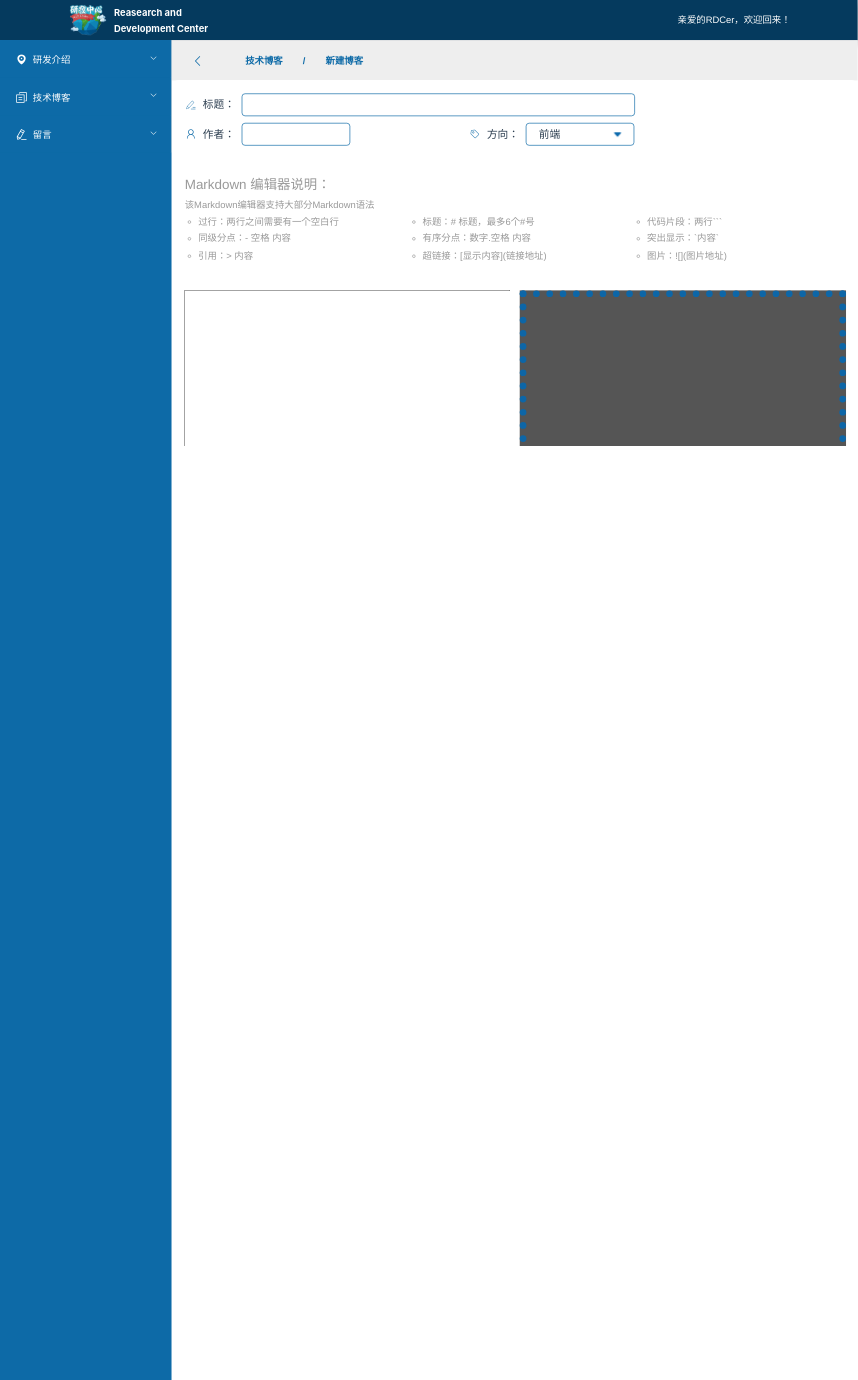
Repository: roger-hub/RDC-front-program
Page: /createblog
The author's editor kept a copy of each file at every save. The page is drawn from the files as they stood at one save, then again after the next save.
The browser window is 1280 px wide. The pictures show the whole page, at 67% of full size.
An inner scrolling area shows only its first screen. The project was rebuilt for these pictures with package versions that can differ from the ones it lists, and the page was loaded fresh each time. Also part of the build but not shown: vue.config.js, src/views/Home.vue, src/views/Login.vue, src/components/UnMessage.vue, src/views/CheckMessage.vue, src/components/PushComment.vue, src/components/ReplyArea.vue, src/components/EachMessage.vue and 1 more.

Above is the page before, as saved 2020-08-21 20:41:46.

After the next save:
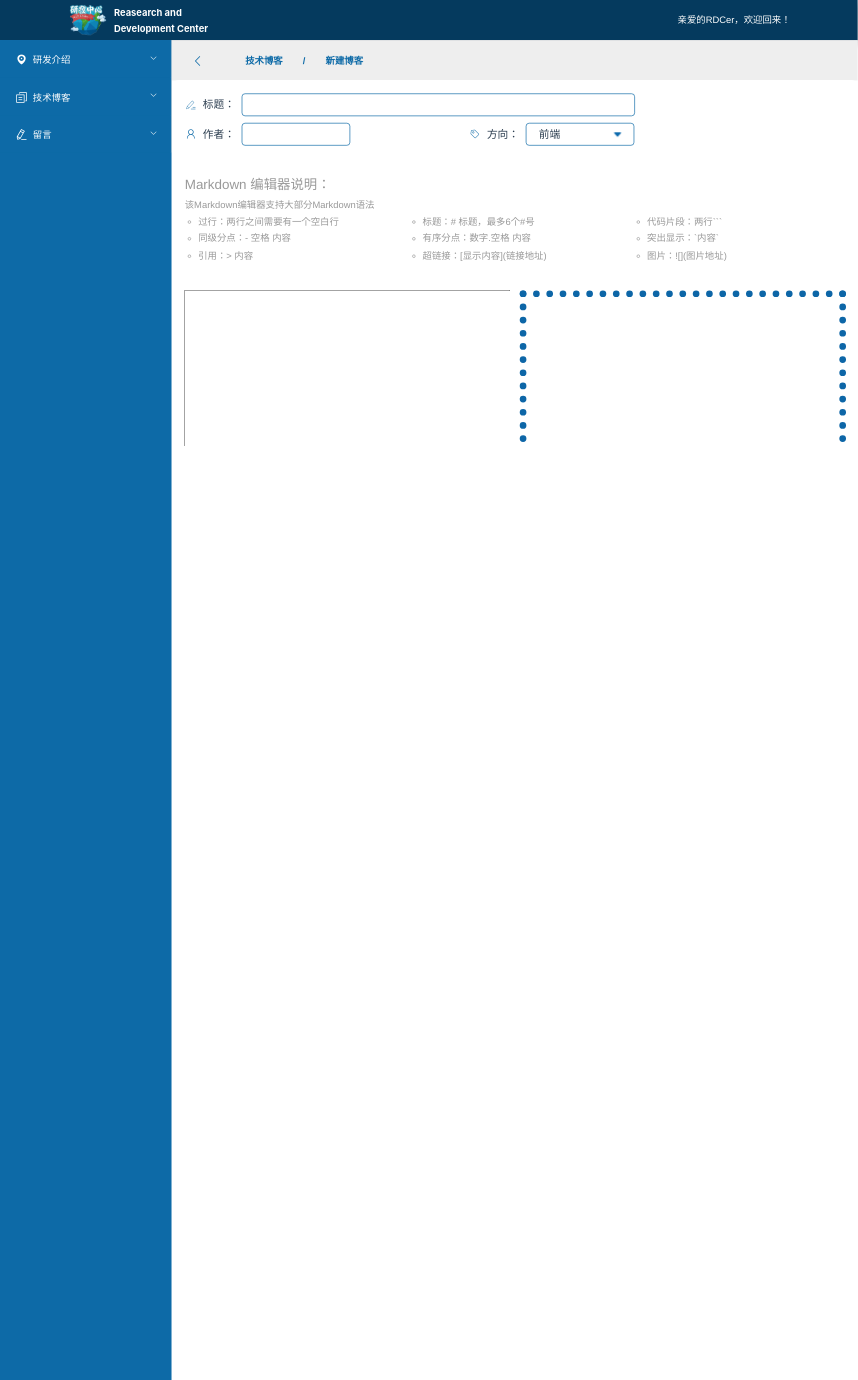
Saved 8 s later.
--- a/src/components/blogWrite/md.vue
+++ b/src/components/blogWrite/md.vue
@@ -155,7 +155,7 @@
     #show-area {
         overflow-x: hidden;
         height: 580px;
-        background-color: #555;
+        /* background-color: #555; */
         overflow-y: auto;
         padding: 0 10px;
         color: #eee;
